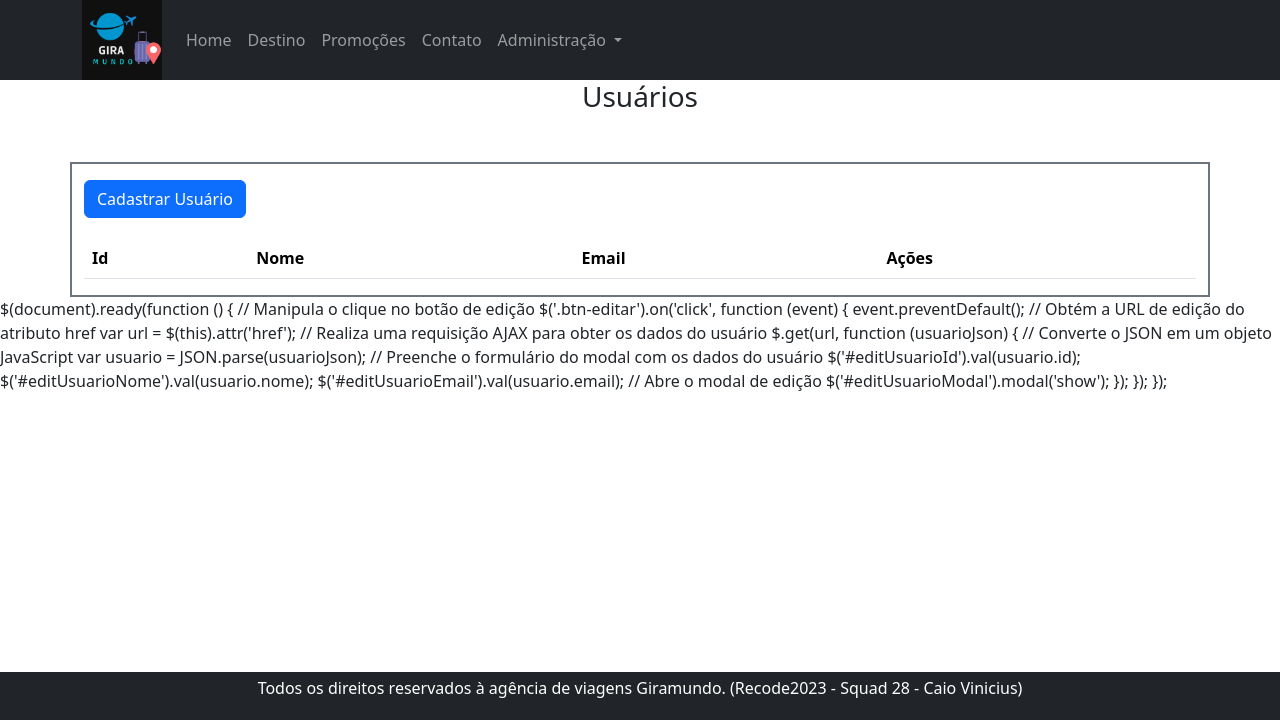
Repository: caiopiabas/RECODE-ENTREGA-4
Page: http://localhost/usuario
These files come from the project's save history. The page is drawn as it stood at one moment and after the next save; the edit follows.
The browser window is 1280 px wide. The pictures show the whole page.
The page is this project's Thymeleaf template; nobody is signed in. The template is opened directly, without the code that normally fills it, so the values that code supplies are empty.

Above is the page before, as saved 2023-12-08 11:14:05.
Console error: ReferenceError: $ is not defined

### agenciaviagem/src/main/resources/templates/usuario.html
<!DOCTYPE html>
<html lang="pt-br" xmlns:th="http://www.thymeleaf.org">

<head>
	<meta charset="utf-8">
	<meta name="viewport" content="width=device-width, initial-scale=1">
	<title>Adm - Usuario</title>
	<link rel="stylesheet" href="css/style.css">
	<link href="https://cdn.jsdelivr.net/npm/bootstrap@5.3.2/dist/css/bootstrap.min.css" rel="stylesheet"
		integrity="sha384-T3c6CoIi6uLrA9TneNEoa7RxnatzjcDSCmG1MXxSR1GAsXEV/Dwwykc2MPK8M2HN" crossorigin="anonymous">
</head>
</head>


<!-- menu principal -->
<nav class="navbar navbar-expand-lg navbar-dark bg-dark" style="height: 80px;">
	<div class="container">
		<a class="navbar-brand" href="index.html">
			<img src="images/GIRA (2).png" alt="Logo" class="img-fluid" style="height: 80px;">

		</a>

		<button class="navbar-toggler" type="button" data-bs-toggle="collapse" data-bs-target="#navbarSupportedContent"
			aria-controls="navbarSupportedContent" aria-expanded="false" aria-label="Toggle navigation">
			<span class="navbar-toggler-icon"></span>
		</button>

		<div class="collapse navbar-collapse" id="navbarSupportedContent">
			<ul class="navbar-nav me-auto mb-2 mb-lg-0">
				<li class="nav-item">
					<a class="nav-link" aria-current="page" href="index.html">Home</a>
				</li>
				<li class="nav-item">
					<a class="nav-link" href="destino.html">Destino</a>
				</li>
				<li class="nav-item">
					<a class="nav-link" href="promocoes.html">Promoções</a>
				</li>
				<li class="nav-item">
					<a class="nav-link" href="contato.html">Contato</a>
				</li>
				<li class="nav-item dropdown">
					<a class="nav-link dropdown-toggle" href="#" id="navbarDropdown" role="button"
						data-bs-toggle="dropdown" aria-haspopup="true" aria-expanded="false">
						Administração
					</a>
					<div class="dropdown-menu" aria-labelledby="navbarDropdown">
						<a class="dropdown-item" href="usuario.html">Usuário</a>
						<a class="dropdown-item" href="pedido.html">Pedido</a>
						<a class="dropdown-item" href="pacote.html">Pacote</a>
					</div>
				</li>
			</ul>
		</div>
	</div>
</nav>

<div class="text-center">
	<h3>Usuários</h3>
</div>

<div class="container mt-5 border border-2 border-secondary">
	<!-- Button para abrir modal cadastro -->
	<button type="button" class="btn btn-primary mt-3" data-bs-toggle="modal" data-bs-target="#CadastroModal">Cadastrar
		Usuário</button>

	<!-- Modal de Cadastro -->
	<div class="modal fade" id="CadastroModal" tabindex="-1" role="dialog" aria-labelledby="CadastroModalLabel"
		aria-hidden="true">
		<div class="modal-dialog">
			<div class="modal-content">
				<div class="modal-header">
					<h1 class="modal-title fs-5" id="CadastroModalLabel">Cadastro Usuário</h1>
					<button type="button" class="btn-close" data-bs-dismiss="modal" aria-label="Close"></button>
				</div>

				<div class="modal-body">
					<!-- Formulário de Cadastro -->
					<form th:action="@{/cadastrar-usuario}" method="post">
						<div class="form-group">
							<label for="nome">Nome:</label>
							<input type="text" class="form-control" id="nome" name="nome" placeholder="Nome">
						</div>
						<div class="form-group">
							<label for="email">Email:</label>
							<input type="email" class="form-control" id="email" name="email" placeholder="Email">
						</div>
						<div class="mt-3">
							<button type="button" class="btn btn-secondary" data-bs-dismiss="modal">Sair</button>
							<button type="submit" class="btn btn-primary">Salvar</button>
						</div>
					</form>
				</div>
			</div>
		</div>
	</div>

	<!-- Tabela de Usuarios -->
	<div class="table-responsive">
		<table class="table">
			<thead>
				<tr>
					<th scope="col">Id</th>
					<th scope="col">Nome</th>
					<th scope="col">Email</th>
					<th scope="col">Ações</th>
				</tr>
			</thead>

			<tbody>
				<tr th:each="usuario : ${usuarios}" th:id="'usuario-' + ${usuario.id}">
					<td th:text="${usuario.id}"></td>
					<td th:text="${usuario.nome}"></td>
					<td th:text="${usuario.email}"></td>
					<td>
						<a th:href="@{'/editar-usuario/' + ${usuario.id}}" class="btn btn-primary btn-sm btn-editar"
							style="border-radius: 25px;">
							Editar
						</a>
						<a th:href="@{'/excluir-usuario/' + ${usuario.id}}" class="btn btn-danger btn-sm btn-excluir"
							style="border-radius: 25px;">Excluir</a>
					</td>
				</tr>
			</tbody>
		</table>
	</div>
</div>


<!-- Modal Editar-->
<div class="modal fade" id="editUsuarioModal" tabindex="-1" role="dialog" aria-labelledby="editUsuarioModalLabel"
	aria-hidden="true">
	<div class="modal-dialog modal-dialog-centered" role="document">
		<div class="modal-content">
			<div class="modal-header">
				<h5 class="modal-title" style="color: #400036;" id="editUsuarioModalLabel">Editar Usuario</h5>
				<button type="button" class="close" data-bs-dismiss="modal" aria-label="Close">
					<span aria-hidden="true">&times;</span>
				</button>
			</div>

			<div class="modal-body">
				<form action="/cadastrar-usuario" method="post">
					<input type="hidden" id="editUsuarioId" name="id" />

					<div class="form-row">
						<div class="form-group col-md-6">
							<label for="nome">Nome:</label>
							<input type="text" class="form-control" id="editUsuarioNome" name="nome" required
								placeholder="Nome">
						</div>
						<div class="form-row">
							<div class="form-group col-md-6">
								<label for="email">Email:</label>
								<input type="email" class="form-control" id="editUsuarioEmail" name="email" required
									placeholder="exemplo@exemplo.com.br">
							</div>

						</div>
					</div>
					<button type="submit" class="btn btn-primary">Salvar Alterações</button>
				</form>
			</div>
		</div>
	</div>
</div>


<!-- Rodapé -->
<footer class="mt-4 bg-dark text-center text-white p-1 fixed-bottom">
	<p><i class="bi bi-c-circle" style="font-size:1rem"></i>
		Todos os direitos reservados à agência de viagens Giramundo. (Recode2023 - Squad 28 - Caio Vinicius)
	</p>
</footer>




<!-- Scripts -->
<script src="https://cdn.jsdelivr.net/npm/bootstrap@5.3.2/dist/js/bootstrap.bundle.min.js"
	integrity="sha384-C6RzsynM9kWDrMNeT87bh95OGNyZPhcTNXj1NW7RuBCsyN/o0jlpcV8Qyq46cDfL"
	crossorigin="anonymous"></script>


$(document).ready(function () {
	// Manipula o clique no botão de edição
	$('.btn-editar').on('click', function (event) {
		event.preventDefault();

		// Obtém a URL de edição do atributo href
		var url = $(this).attr('href');

		// Realiza uma requisição AJAX para obter os dados do usuário
		$.get(url, function (usuarioJson) {
			// Converte o JSON em um objeto JavaScript
			var usuario = JSON.parse(usuarioJson);

			// Preenche o formulário do modal com os dados do usuário
			$('#editUsuarioId').val(usuario.id);
			$('#editUsuarioNome').val(usuario.nome);
			$('#editUsuarioEmail').val(usuario.email);

			// Abre o modal de edição
			$('#editUsuarioModal').modal('show');
		});
	});
});


<script>
	// Manipula o clique no botão de exclusão
	$('.btn-excluir').on('click', function (event) {
		event.preventDefault();

		// Obtém a URL de exclusão do atributo href
		var url = $(this).attr('href');

		// Obtém o identificador exclusivo do usuario a partir do id da linha
		var usuarioId = $(this).closest('tr').attr('id').split('-')[1];

		// Confirmação de exclusão
		if (confirm('Deseja realmente excluir este usuario?')) {
			// Realiza uma requisição AJAX para excluir o usuario
			$.ajax({
				url: url,
				type: 'DELETE',
				success: function () {
					// Remove a linha da tabela após a exclusão bem-sucedida
					$('#usuario-' + usuarioId).remove();
				},
				error: function () {
					alert('Erro ao excluir o usuario.');
				}
			});
		}
	});
</script>

</body>

</html>

### agenciaviagem/src/main/resources/static/css/style.css
/* Reset de estilos e configurações globais */
body {
	margin: 0;
	padding: 0;
	background-color: #f4f4f4;
	font-family: 'Open Sans', sans-serif;
	color: #333;
}

h1, h2, h3, h4, h5, h6 {
	color: #333;
}

/* Estilos para botões */
.btn {
	padding: 12px 16px;
	cursor: pointer;
	border-width: 1px;
	border-radius: 5px;
	font-size: 14px;
	font-weight: 400;
	position: relative;
	margin-bottom: 20px;
	transition: 0.3s;
}

.btn:hover, .btn:active, .btn:focus {
	outline: none !important;
	box-shadow: 0px 10px 20px -6px rgba(0, 0, 0, 0.22) !important;
}

/* Estilos específicos para botões primários */
.btn.btn-primary {
	background: primary !important; /* Certifique-se de que 'primary' seja uma variável válida */
	border-color: primary !important;
	color: white;
}

.btn.btn-primary:hover, .btn.btn-primary:focus {
	border-color: darken(primary, 10%) !important;
	background: darken(primary, 10%) !important;
}

/* Estilos para seção de contato */
.contact-wrap {
	background-image: url('/images/bgcontato2.jpg');
	background-size: 100% 100%;
	color: #ffffff;
	padding: 20px;
}

.contactForm {
	.label {
		color: black;
		text-transform: uppercase;
		font-size: 12px;
		font-weight: 600;
	}

	.form-control {
		border: none;
		border-bottom: 1px solid rgba(0, 0, 0, 0.1);
		padding: 0;
	}
}

/* Estilos para formulário de contato */
#contactForm {
	.error {
		color: red;
		font-size: 12px;
	}

	.form-control {
		font-size: 16px;
	}
}

#message {
	resize: vertical;
}

#form-message-warning,
#form-message-success {
	display: none;
}

#form-message-warning {
	color: red;
}

#form-message-success {
	color: success; /* Certifique-se de que 'success' seja uma variável válida */
	font-size: 18px;
	font-weight: bold;
}

.submitting {
	float: left;
	width: 100%;
	padding: 10px 0;
	display: none;
	font-size: 16px;
	font-weight: bold;
}

/* Estilos para fundo do formulário */
.form-bg {
	background-image: url('images/fundoForm.jpg');
	background-size: cover;
	background-repeat: no-repeat;
	background-attachment: fixed;
}

After the next save:
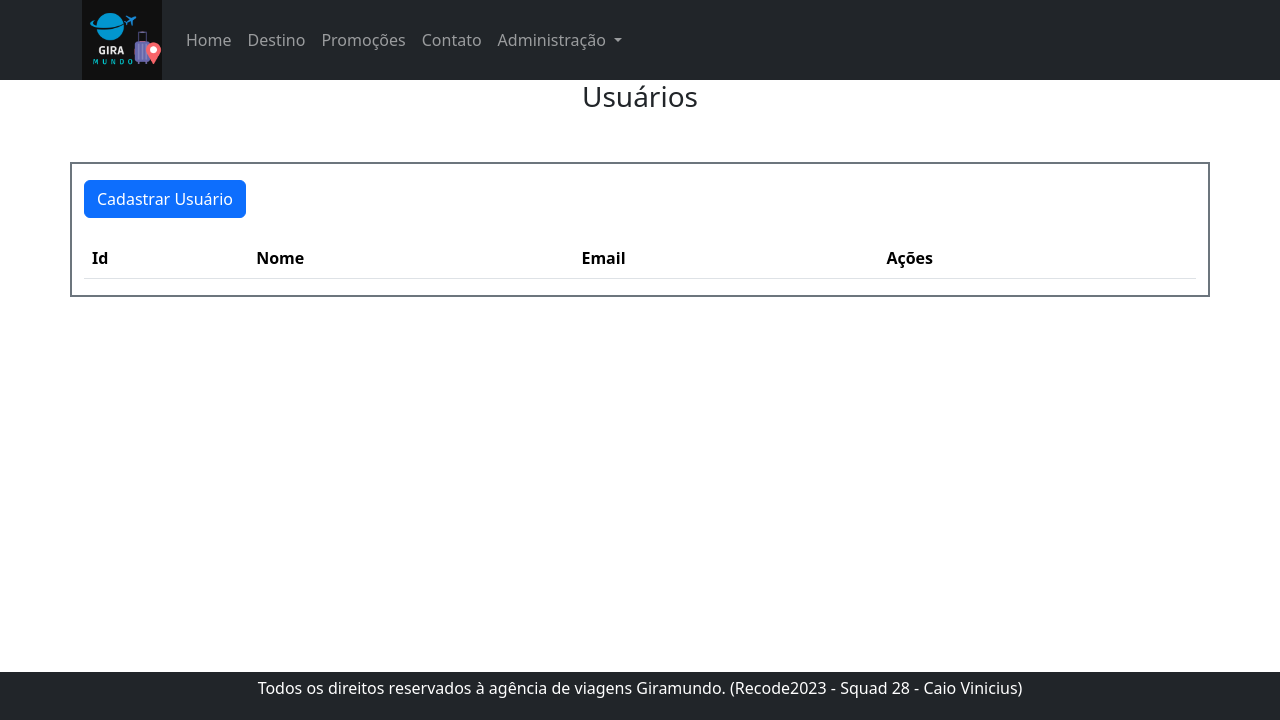
Saved 2 min 13 s later.
--- a/agenciaviagem/src/main/resources/templates/usuario.html
+++ b/agenciaviagem/src/main/resources/templates/usuario.html
@@ -181,7 +181,7 @@
 	integrity="sha384-C6RzsynM9kWDrMNeT87bh95OGNyZPhcTNXj1NW7RuBCsyN/o0jlpcV8Qyq46cDfL"
 	crossorigin="anonymous"></script>
 
-
+<script>
 $(document).ready(function () {
 	// Manipula o clique no botão de edição
 	$('.btn-editar').on('click', function (event) {
@@ -206,6 +206,7 @@ $(document).ready(function () {
 	});
 });
 
+</script>
 
 <script>
 	// Manipula o clique no botão de exclusão
